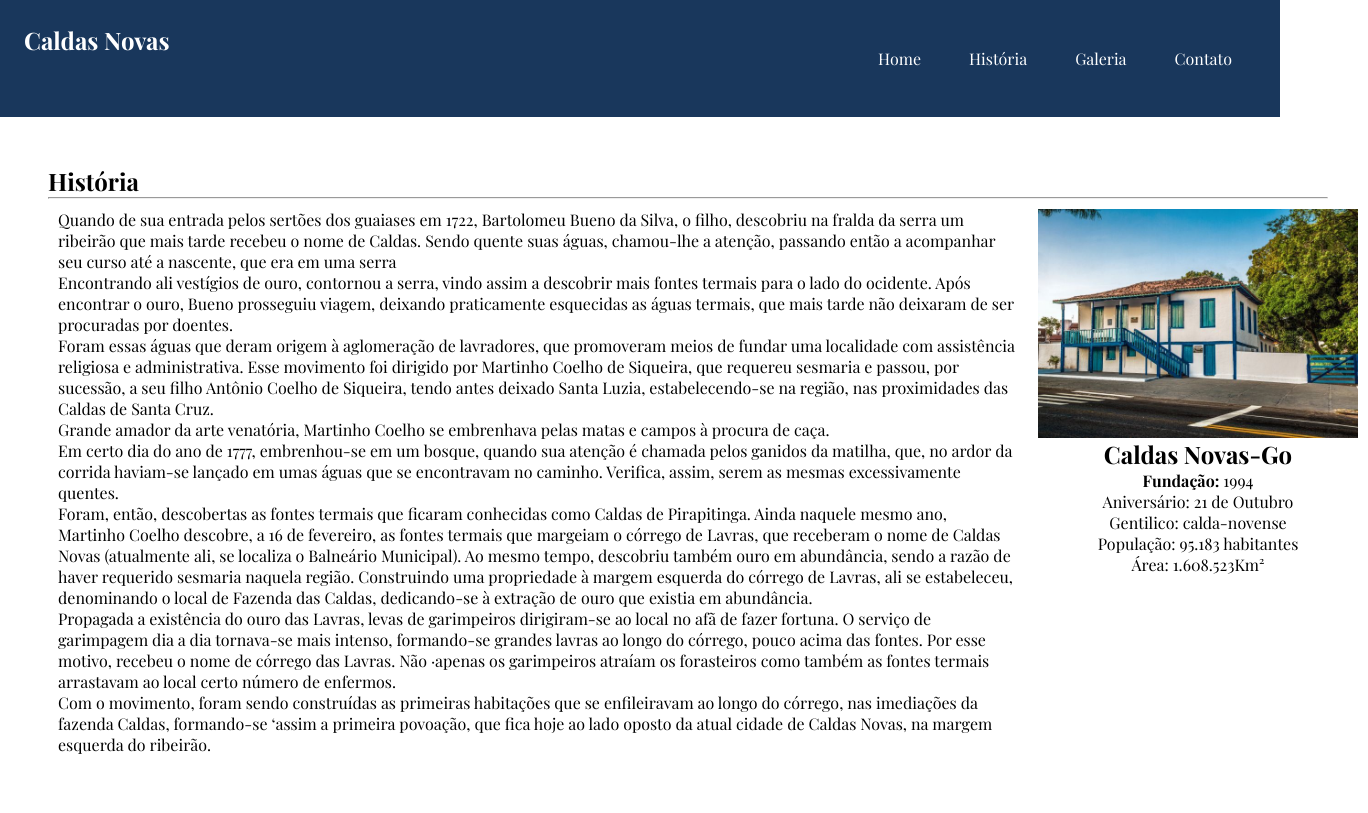
Repository: AbiezerSidonioJoseOdanacaJunior/DesafioLocalTuristico
Page: index.html
The author's editor kept a copy of each file at every save. The page is drawn from the files as they stood at one save, then again after the next save.
The browser window is 1280 px wide. The page is 1368 px wide, then 1320 px, so the pictures cover 1368 px, including what lies to the right of the window. The pictures show the whole page.
Some web fonts or font styles are not loaded; a fallback is used.

Above is the page before, as saved 2024-11-11 15:57:54.

After the next save:
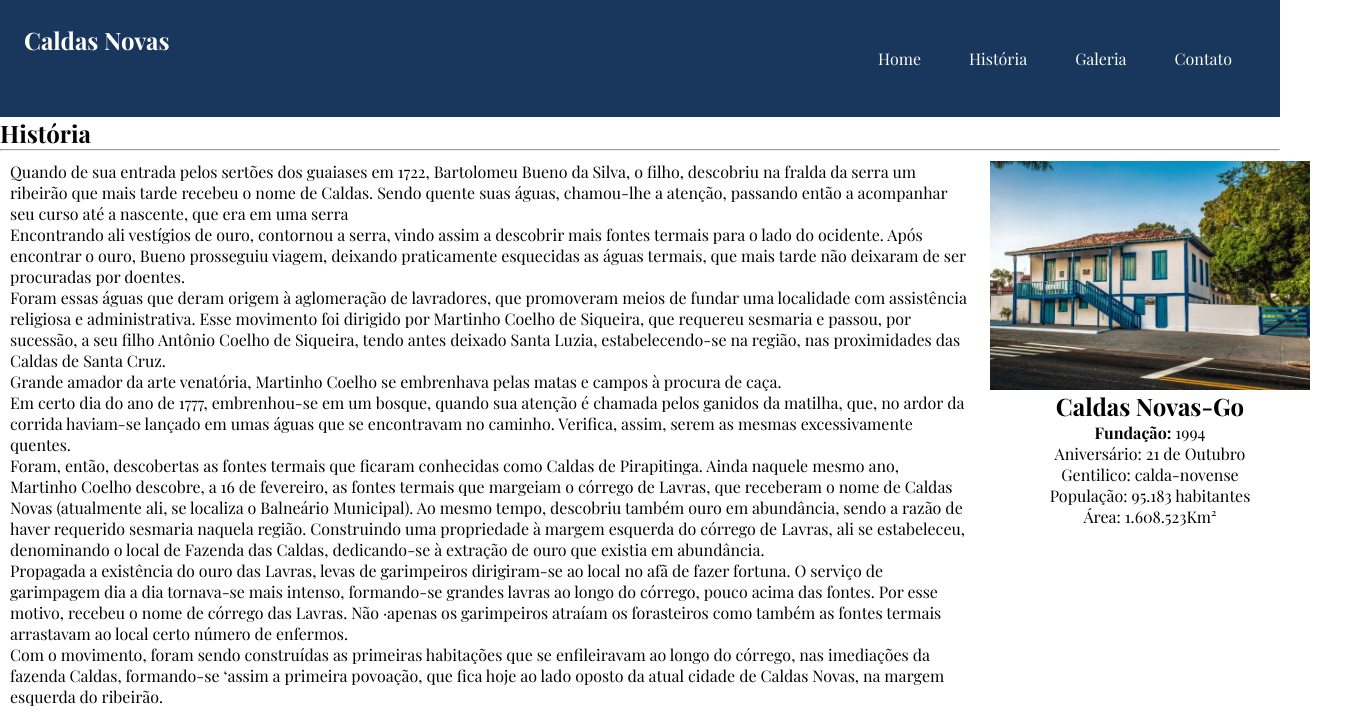
Saved 11 s later.
--- a/css/style.css
+++ b/css/style.css
@@ -37,12 +37,6 @@
     color: #fff;
 }
 
-#history {
-    width: 100%;
-    padding: 24px;
-    margin: 24px;
-}
-
 #about {
     display: flex;
     width: 100%;
